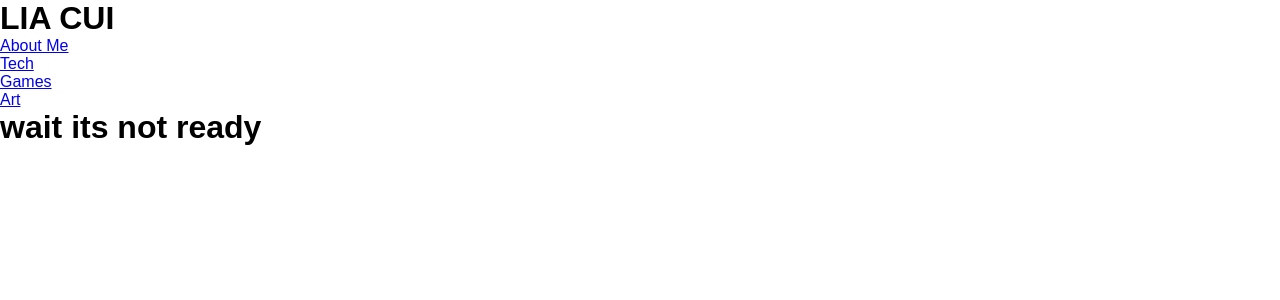
Repository: ljcui1/Lia-Cui-Portfolio
Page: index.html
An editor plug-in stored every save of this project. The page is shown before and after the next save, followed by the edit.
The browser window is 1280 px wide. The pictures show the whole page.

Above is the page before, as saved 2026-01-15 11:24:45.

After the next save:
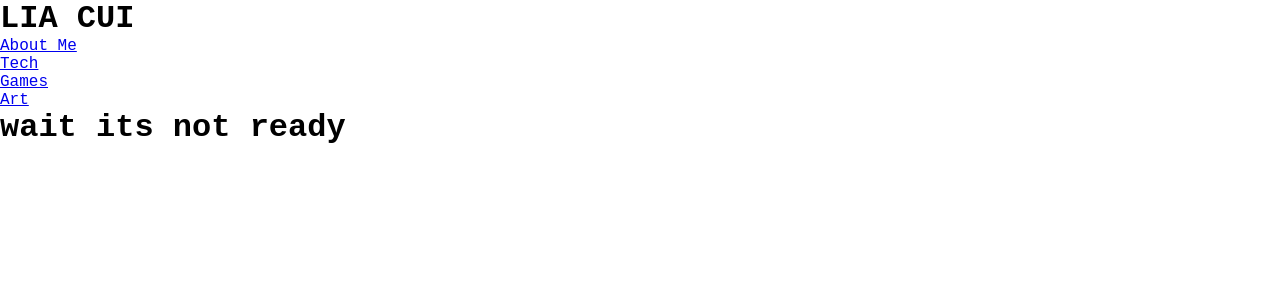
Saved 47 s later.
--- a/style.css
+++ b/style.css
@@ -14,5 +14,5 @@
 }
 
 body {
-    font-family: 'Source Pro Code', sans-serif;
+    font-family: 'Source Pro Code', monospace;
 }
